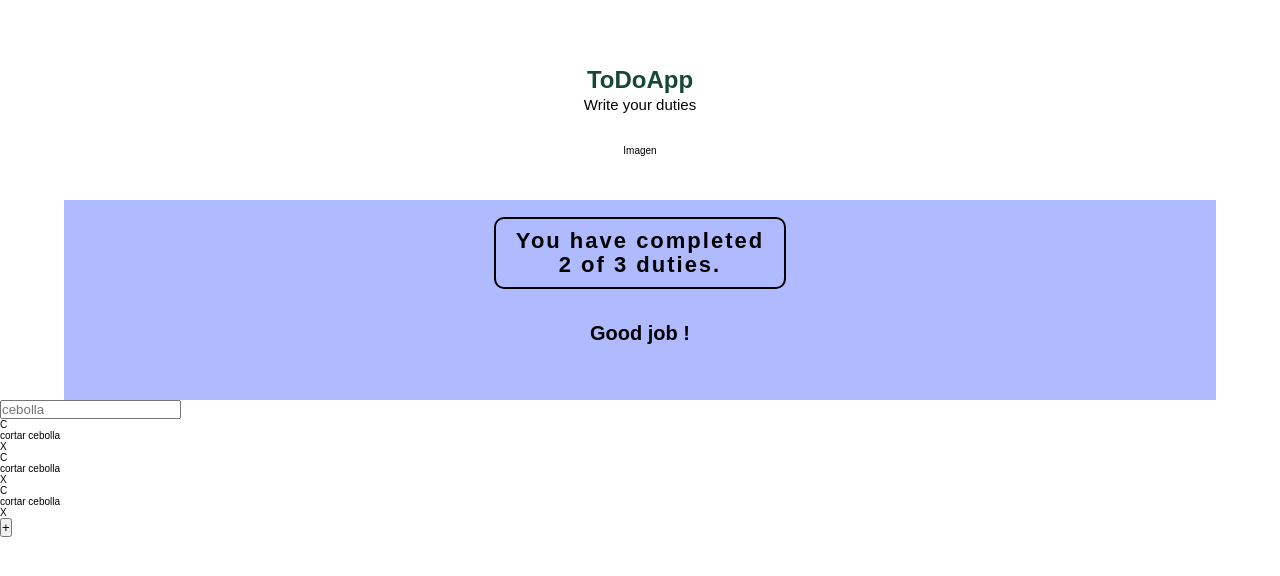
Repository: ChristianGecchelin/to-do-app
Page: /
The author's editor kept a copy of each file at every save. The page is drawn from the files as they stood at one save, then again after the next save.
The browser window is 1280 px wide. The pictures show the whole page.
The project was rebuilt for these pictures with package versions that can differ from the ones it lists, and the page was loaded fresh each time.

Above is the page before, as saved 2022-01-12 11:06:41.

### src/index.js
import React from "react";
import ReactDOM from "react-dom";
import App from "./App";
//import { ChakraProvider } from "@chakra-ui/react";
import "./index.css";

ReactDOM.render(<App />, document.getElementById("root"));

### src/App.js
import { ToDoCounter } from "./ToDoCounter";
import { ToDoSearch } from "./ToDoSearch";
import { ToDoList } from "./ToDoList";
import { CreateToDoButton } from "./CreateToDoButton";
import { ToDoItem } from "./ToDoItem";
import { Header } from "./Header";
// import './App.css';

const todos = [
  { text: "cortar cebolla", completed: false },
  { text: "cortar cebolla", completed: false },
  { text: "cortar cebolla", completed: false },
];

function App() {
  return (
    <>
      <Header />
      <ToDoCounter />
      {<ToDoSearch />}
      <ToDoList>
        {todos.map((todo) => (
          <ToDoItem key={todo.text} text={todo.text} />
        ))}
      </ToDoList>

      <CreateToDoButton />
    </>
  );
}

export default App;

### src/index.css
* {
  box-sizing: border-box;
  margin: 0;
  padding: 0;
}
html {
  font-size: 62.5%;
  font-family: "DM Sans", sans-serif;
}

### src/ToDoCounter.js
import "./styles/ToDoCounter.css";
function ToDoCounter() {
  return (
    <section className="counter-container">
      <div className="title-card">
        <h2 className="counter-title">
          You have completed <br />2 of 3 duties.
        </h2>
      </div>
      {/* como podria cambiar ese br? */}
      <div className="congrats-card">
        <p className="counter-congrats">Good job !</p>
      </div>
    </section>
  );
}
export { ToDoCounter };
/* Modificar que sea variable la cantidad de tareas completadas, que el good job cambie cuando llevo menos de la mitad de tareas completadas. */

### src/ToDoSearch.js
function ToDoSearch() {
  return <input placeholder="cebolla"></input>;
}
export { ToDoSearch };

### src/ToDoList.js
function ToDoList(props) {
  return (
    <section>
      <ul> {props.children}</ul>
    </section>
  );
}
export { ToDoList };

### src/CreateToDoButton.js
function CreateToDoButton() {
  return <button>+</button>;
}
export { CreateToDoButton };

### src/ToDoItem.js
function ToDoItem(props) {
  return (
    <li>
      <span>C</span>
      <p>{props.text}</p>
      <span>X</span>
    </li>
  );
}
export { ToDoItem };

### src/Header.js
import "./styles/header.css";
function Header() {
  return (
    <header>
      <h1>ToDoApp</h1>
      <h3>Write your duties</h3>
      <span>Imagen</span>
    </header>
  );
}
export { Header };

### src/styles/ToDoCounter.css
.counter-container {
  display: flex;
  flex-direction: column;
  justify-content: space-around;
  align-items: center;
  width: 90%;
  min-width: 300px;
  height: 200px;
  margin: 0 auto;
  text-align: center;
  background: #b0bbff;
}
.title-card {
  border: 2px solid black;
  border-radius: 10px;
}
.counter-title {
  font-size: 2.2rem;
  font-weight: 700;
  line-height: 2.4rem;
  letter-spacing: 0.2rem;
  padding: 10px 20px;
}
.counter-congrats {
  font-size: 2rem;
  font-weight: 700;
  line-height: 2rem;
  padding-bottom: 40px;
}

/* como funciona la especifidad en css en react? */

### src/styles/header.css
header {
  position: relative;
  display: flex;
  flex-direction: column;
  justify-content: center;
  align-items: center;
  width: 100%;
  min-width: 320px;
  height: 150px;
  text-align: center;
  margin-bottom: 50px;
}
header h1 {
  align-items: center;
  font-size: 2.4rem;
  font-weight: 700;
  line-height: 3rem;
  color: rgb(22, 71, 55);
  padding-top: 15px;
  padding-bottom: 5px;
  margin-top: 10px;
}
header h3 {
  align-items: center;
  font-size: 1.5rem;
  font-weight: 500;
  line-height: 1rem;
}
header span {
  position: absolute;
  top: 145px;
}
/*Falta completar con tipografias y colores, imagen span*/

Loaded but not shown: public/index.html (common file)

After the next save:
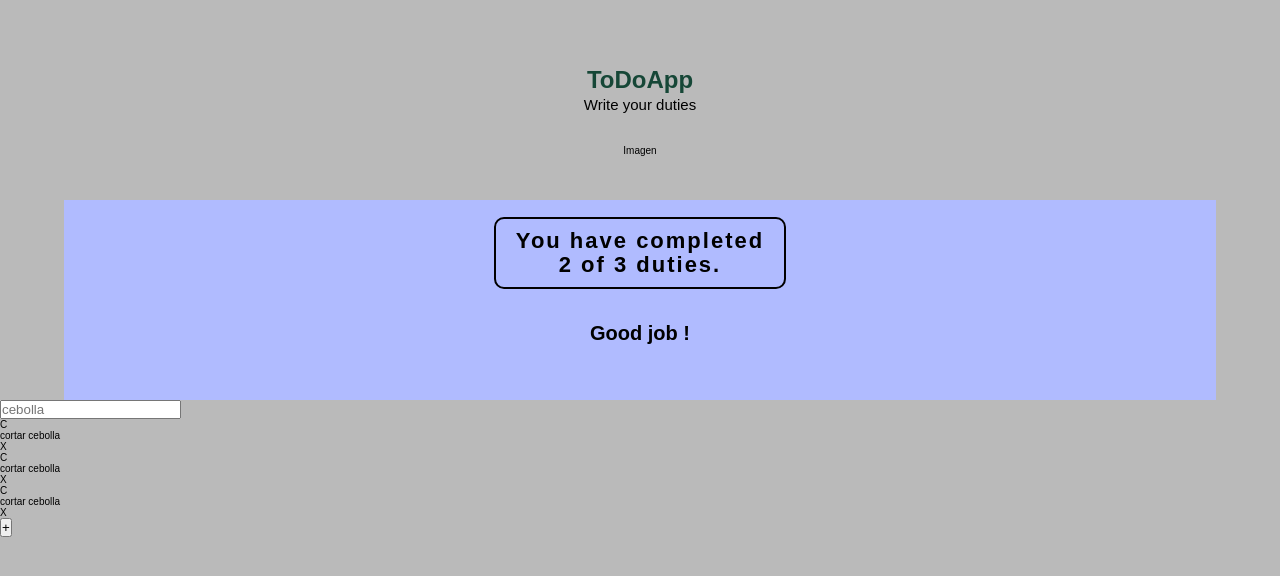
Saved 34 s later.
--- a/src/index.css
+++ b/src/index.css
@@ -7,3 +7,6 @@ html {
   font-size: 62.5%;
   font-family: "DM Sans", sans-serif;
 }
+body {
+  background: #bababa;
+}
